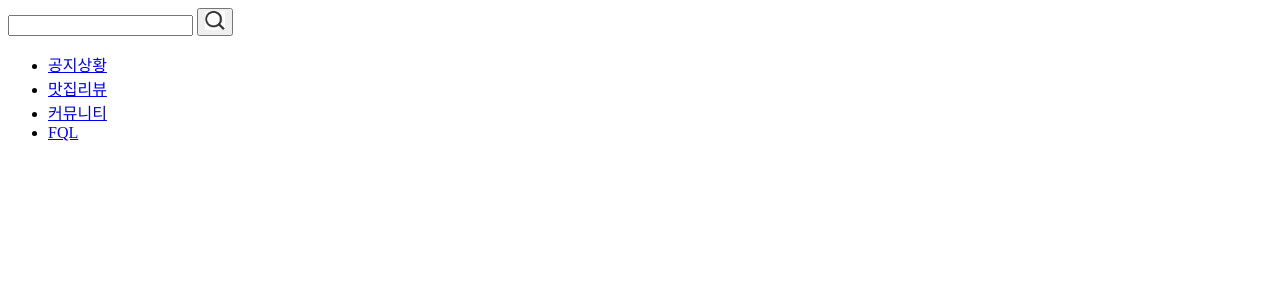
Repository: cally91/VegetLife
Page: http://localhost/VegetLife/
The author's editor kept a copy of each file at every save. The page is drawn from the files as they stood at one save, then again after the next save.
The browser window is 1280 px wide. The pictures show the whole page.
The page is served by Tomcat 9. Other server files are loaded and not shown.

Above is the page before, as saved 2019-07-10 03:30:56.

### VegetLife/src/main/webapp/WEB-INF/views/home.jsp
<%@ page language="java" contentType="text/html; charset=UTF-8"
    pageEncoding="UTF-8"%>
<!DOCTYPE html>
<html>
<head>
<meta charset="UTF-8">
<title>Insert title here</title>

</head>
<body>

	<form>
	<input type="text"name="m_text"id="m_texr">
	<button><img src="${pageContext.request.contextPath}/resources/image/images.png"  class="img1" width="20px" ></img></button>
	</form>
	<ul>
		<li><a href="#">공지상황</a></li>
		<li><a href="#">맛집리뷰</li>
		<li><a href="#">커뮤니티</li>
		<li><a href="#">FQL</li>
	</ul>

</body>
</html>

After the next save:
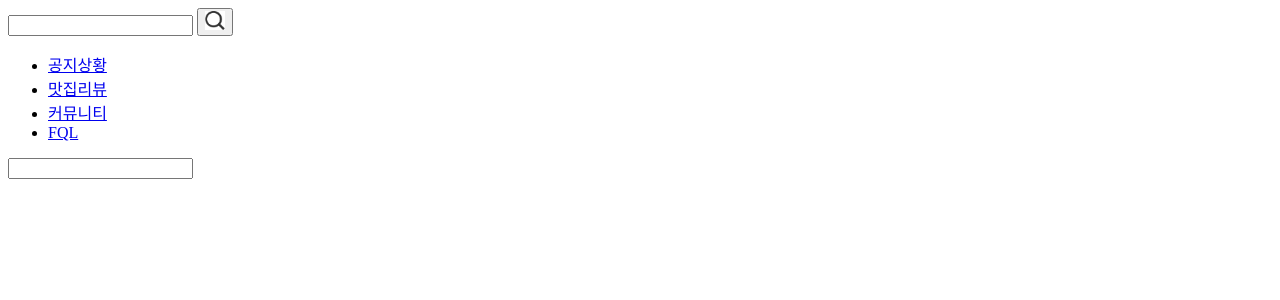
Saved 7 min 2 s later.
--- a/VegetLife/src/main/webapp/WEB-INF/views/home.jsp
+++ b/VegetLife/src/main/webapp/WEB-INF/views/home.jsp
@@ -19,6 +19,7 @@
 		<li><a href="#">커뮤니티</li>
 		<li><a href="#">FQL</li>
 	</ul>
-
+	<label for="m_name"></label>
+	<input type="text"name="m_name"id="m_name">
 </body>
 </html>
